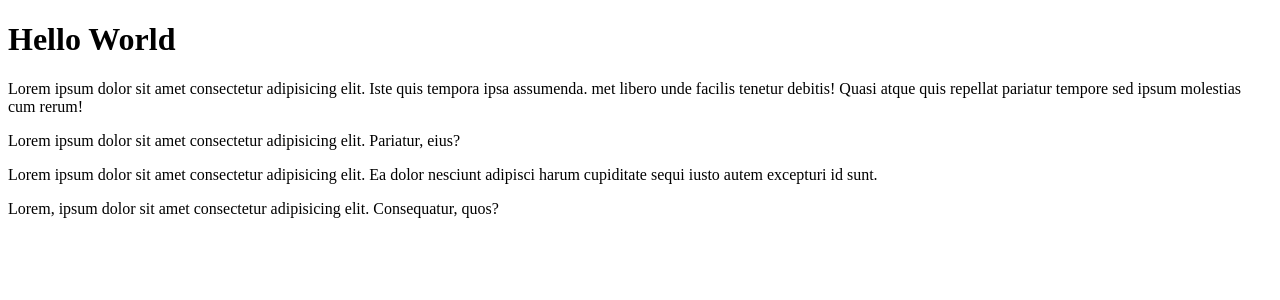
Repository: imokha01/DOM
Page: index.html
The author's editor kept a copy of each file at every save. The page is drawn from the files as they stood at one save, then again after the next save.
The browser window is 1280 px wide. The pictures show the whole page.

Above is the page before, as saved 2023-12-18 10:45:41.

### index.html
<!DOCTYPE html>
<html lang="en">
  <head>
    <meta charset="UTF-8" />
    <meta name="viewport" content="width=device-width, initial-scale=1.0" />
    <title>Document</title>
    <link rel="stylesheet" href="./index.css" />
  </head>
  <body>
    <div>
      <h1>Hello World</h1>
    </div>
    <div>
      <p >
        Lorem ipsum dolor sit amet consectetur adipisicing elit. Iste quis
        tempora ipsa assumenda.
        <span id="space" focus>met libero unde facilis tenetur debitis! Quasi</span>
        atque quis repellat pariatur tempore sed ipsum molestias cum rerum!
      </p>
      <P class="fixed">Lorem ipsum dolor sit amet consectetur adipisicing elit. Pariatur, eius?</P>
      <p>Lorem ipsum dolor sit amet consectetur adipisicing elit. Ea dolor nesciunt adipisci harum cupiditate sequi iusto autem excepturi id sunt.</p>
      <p>Lorem, ipsum dolor sit amet consectetur adipisicing elit. Consequatur, quos?</p>
    </div>
    <script src="./index.js"></script>
  </body>
</html>

### index.js
let element = document.querySelector("h1").textContent;
let id = document.getElementById("space").innerText;
let para = document.querySelectorAll("p")[0].innerText;
let para2 = document.getElementsByClassName("fixed")
let para3 = document.getElementsByTagName("p")[0].innerText;

console.log(element)
console.log(id)
console.log(para)
console.log(para2)
console.log(para3)

Loaded but not shown: index.css (no copy from this time; the picture is the same without it)

After the next save:
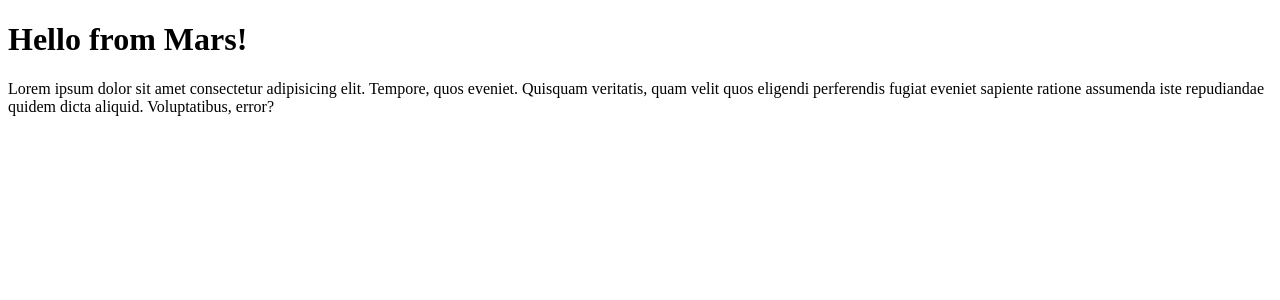
Console error: TypeError: Cannot read properties of null (reading 'innerText')
Saved 5 min 1 s later.
--- a/index.html
+++ b/index.html
@@ -7,20 +7,18 @@
     <link rel="stylesheet" href="./index.css" />
   </head>
   <body>
-    <div>
-      <h1>Hello World</h1>
-    </div>
-    <div>
-      <p >
-        Lorem ipsum dolor sit amet consectetur adipisicing elit. Iste quis
-        tempora ipsa assumenda.
-        <span id="space" focus>met libero unde facilis tenetur debitis! Quasi</span>
-        atque quis repellat pariatur tempore sed ipsum molestias cum rerum!
-      </p>
-      <P class="fixed">Lorem ipsum dolor sit amet consectetur adipisicing elit. Pariatur, eius?</P>
-      <p>Lorem ipsum dolor sit amet consectetur adipisicing elit. Ea dolor nesciunt adipisci harum cupiditate sequi iusto autem excepturi id sunt.</p>
-      <p>Lorem, ipsum dolor sit amet consectetur adipisicing elit. Consequatur, quos?</p>
-    </div>
+    <h1>Hello from Mars!</h1>
+    <span class="text-desc" id="main-paragraph">
+      Lorem ipsum dolor sit amet consectetur adipisicing elit. Tempore, quos
+      eveniet.
+    </span>
+    <span class="text-desc">
+      Quisquam veritatis, quam velit quos eligendi perferendis fugiat eveniet
+    </span>
+    <span id="without-style">
+      sapiente ratione assumenda iste repudiandae quidem dicta aliquid.
+      Voluptatibus, error?
+    </span>
     <script src="./index.js"></script>
   </body>
 </html>
